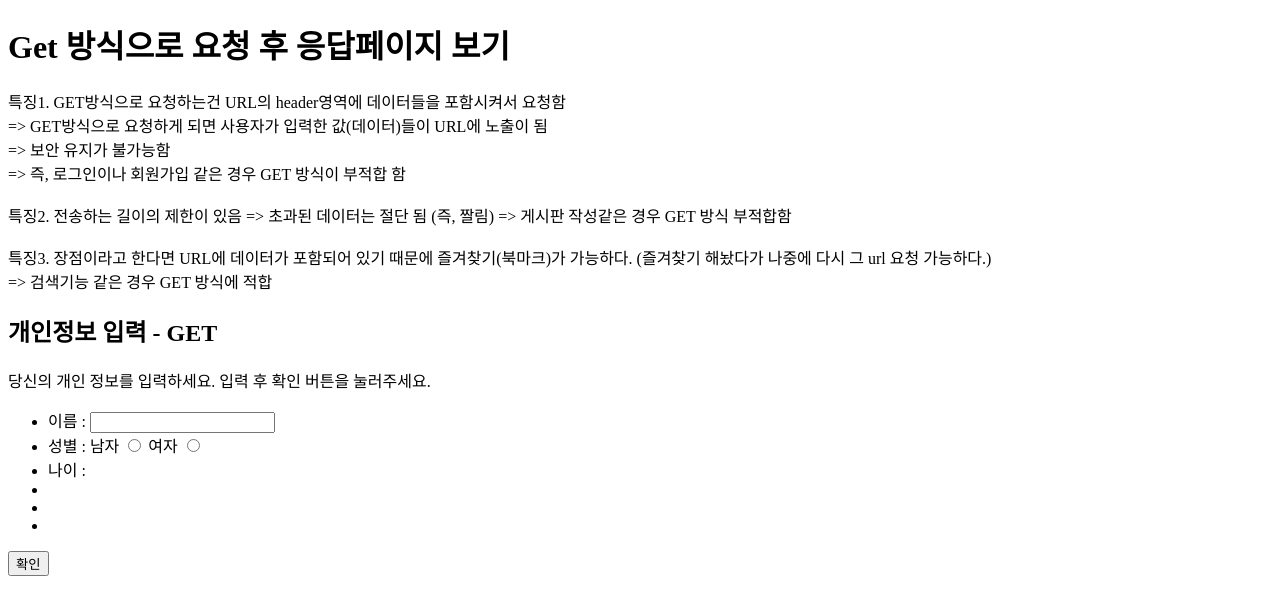
Repository: pje00427/webserver_workspace1
Page: 1_Servlet/WebContent/views/requestTest_GET.html
An editor plug-in stored every save of this project. The page is shown before and after the next save, followed by the edit.
The browser window is 1280 px wide. The pictures show the whole page.

Above is the page before, as saved 2020-08-27 05:18:24.

After the next save:
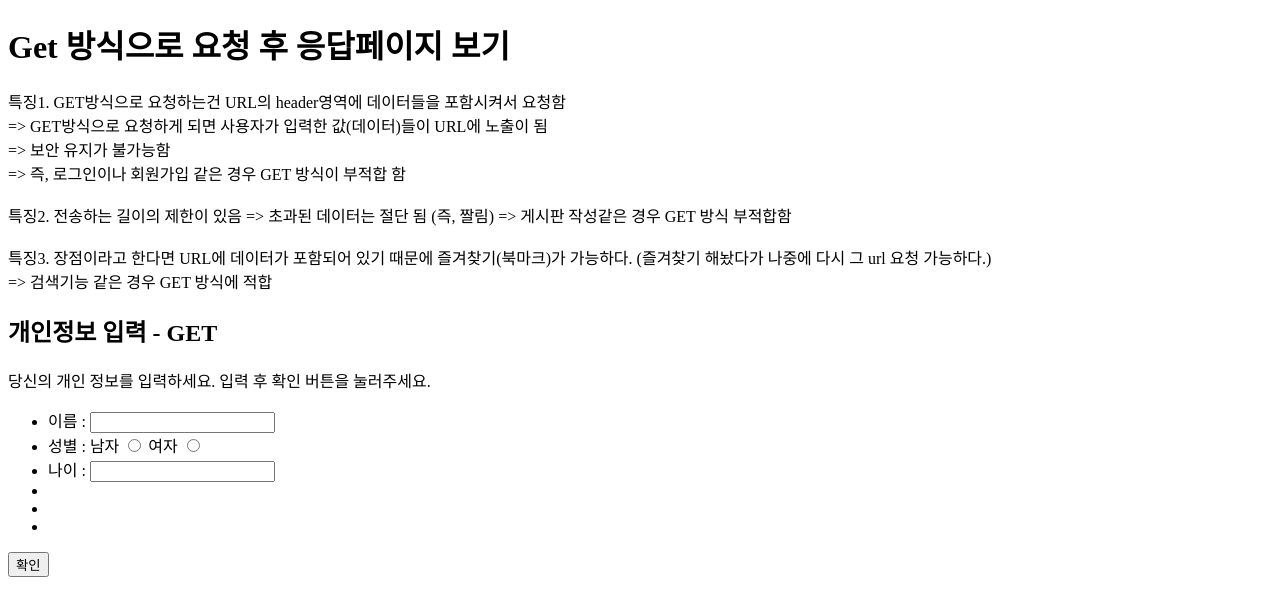
Saved 72 s later.
--- a/1_Servlet/WebContent/views/requestTest_GET.html
+++ b/1_Servlet/WebContent/views/requestTest_GET.html
@@ -31,8 +31,9 @@
 				성별 :
 				남자 <input type="radio" name="gender" value="M">
 				여자 <input type="radio" name="gender" value="F">
+			</li>
 			<li>
-				나이 :
+				나이 : <input type="number" name="age">
 			</li>
 			<li></li>
 			<li></li>
